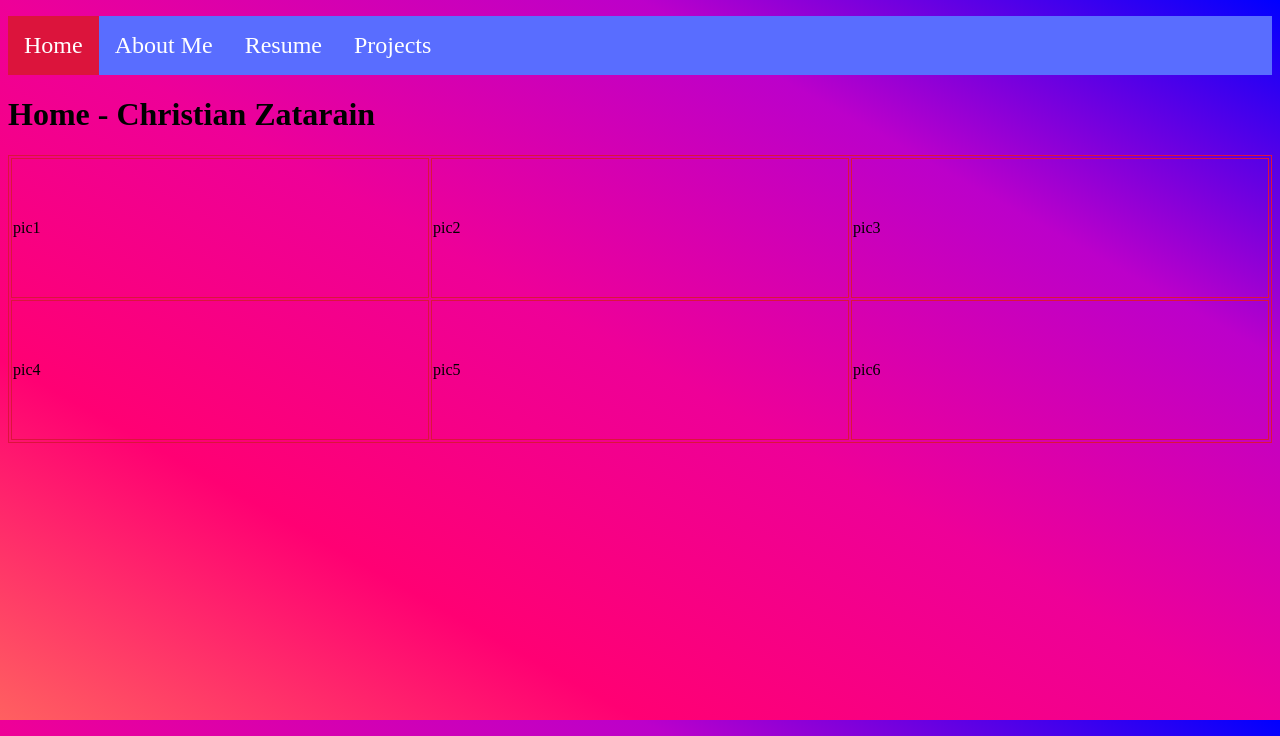
Repository: Zatarain10/Zatarain10.github.io
Page: index.html
The author's editor kept a record of every edit. The page is drawn from the files as they stood at one moment, then again after the next edit.
The browser window is 1280 px wide. The pictures show the whole page.

Above is the page before.

### index.html
<!DOCTYPE html>
<html>
    <head>
    <title>Home</title>
    <link rel="stylesheet" type="text/css" href="style.css">

    </head>
    <body>
        <ul class="navbar">
            <li class="active"><a href="/index.html">Home</a></li>
            <li><a href="aboutme.html">About Me</a></li>
            <li><a href="resume.html">Resume</a></li>
            <li class="dropdown">
                <div>Projects</div>
                <ul class="dropdown-content">
                    <li><a href="project1.html">Project 1</a></li>
                    <li><a href="project2.html">Project 2</a></li>
                    <li><a href="project3.html">Project 3</a></li>
                </ul>
            </li>
        </ul>

        <h1>Home - Christian Zatarain</h1>

        <table border="1"; bordercolor="crimson"; width="100%"; height="40%">
            <tr>
                <td>pic1</th>
                <td>pic2</th>
                <td>pic3</td>
            </tr>
            <tr>
                <td>pic4</td>
                <td>pic5</td>
                <td>pic6</td>
            </tr>
        </table>

    </body>
</html>

### style.css
        .navbar{
            list-style:none;
            background-color: #596dff;
            overflow:hidden;
            padding:0;
        }

        .navbar a, .dropdown div{
            text-decoration:none;
            color: white;
            font-size: 24px;
            padding: 16px;
            display:inline-block;
        }

        .navbar li{
            float:left;
        }

        .navbar li:hover{
            background-color:Cyan;
        }

        .dropdown-content{
            list-style:none;
            padding: 0;
            display:none;
            position:absolute;
            z-index:1;
            background-color: #001fff;
        }

        .dropdown-content li{
            float:none;
        }

        .dropdown:hover .dropdown-content{
            display:block;
        }

        .active{
            background-color: crimson;
        }

        html{
            height: 100%;
        }

        body{
            height: 100%;
            background-repeat: no-repeat;
            background-attachment: fixed;
            background: linear-gradient(to right top, #ff6060, #ff0073, #ee0098, #bc00ca, #0000ff);
        }

After the next edit:
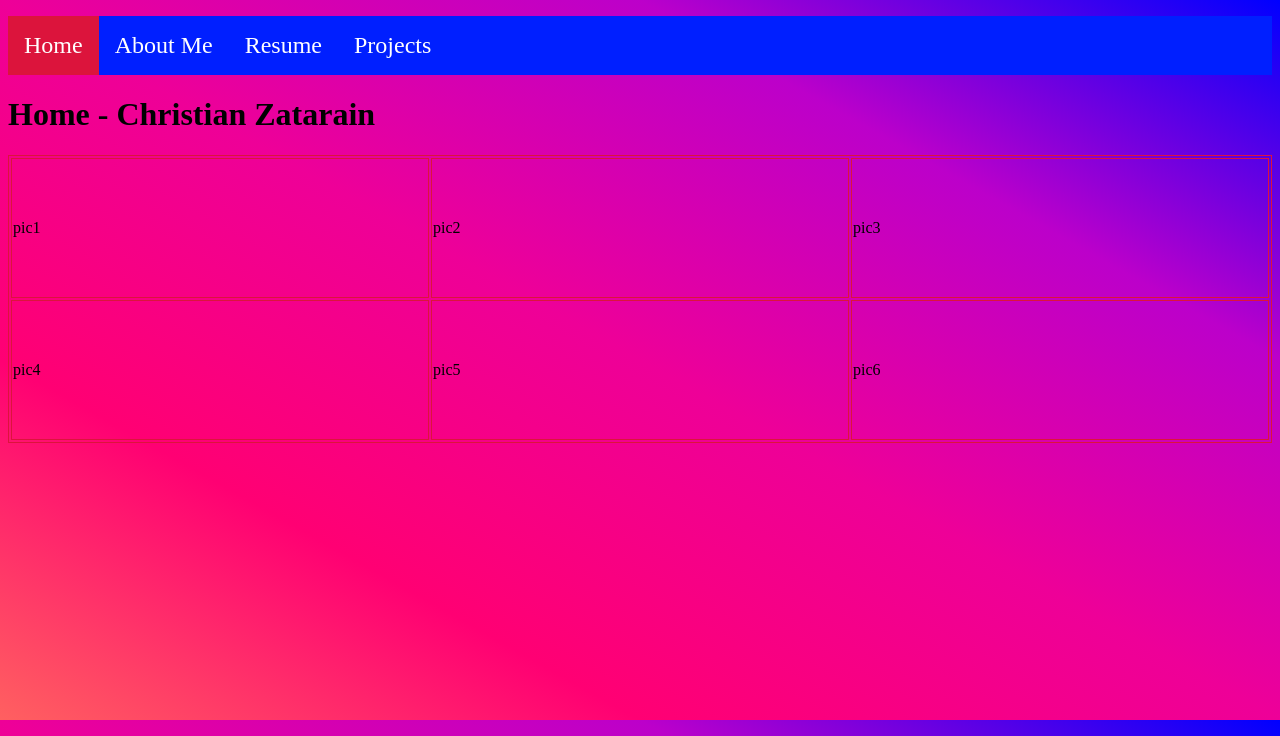
The edit:
--- a/style.css
+++ b/style.css
@@ -1,6 +1,6 @@
         .navbar{
             list-style:none;
-            background-color: #596dff;
+            background-color: #001fff;
             overflow:hidden;
             padding:0;
         }
